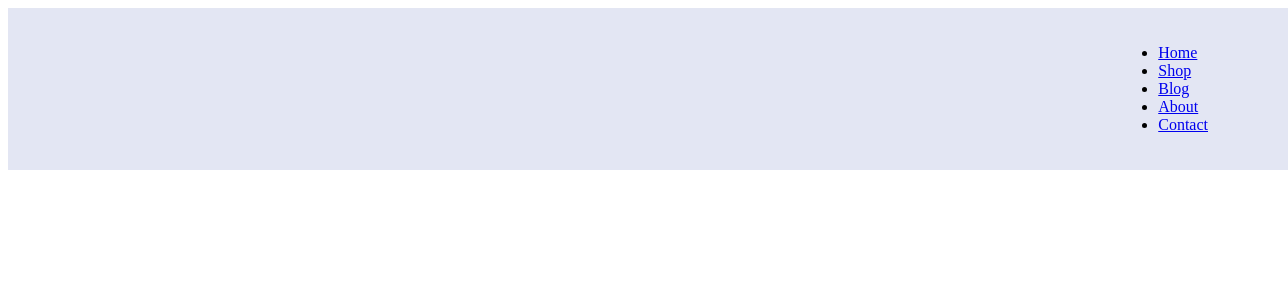
Repository: thecoachanna/lishas-layers
Page: index.html
The author's editor kept a copy of each file at every save. The page is drawn from the files as they stood at one save, then again after a run of saves.
The browser window is 1280 px wide. The page is 1288 px wide, so the pictures cover 1288 px, including what lies to the right of the window. The pictures show the whole page.

Above is the page before, as saved 2023-01-02 17:07:01.

### index.html
<!DOCTYPE html>
<html lang="en">
<head>
    <meta charset="UTF-8">
    <meta http-equiv="X-UA-Compatible" content="IE=edge">
    <meta name="viewport" content="width=device-width, initial-scale=1.0">
    <link rel="stylesheet" href="style.css">
    <title>Lisha's Layers</title>
</head>
<body>
    <section id="header">
        <a href="#"><img src="" class="logo" alt=""></a>
    <div>
        <ul id="navbar">
           <li><a href="index.html">Home</a></li>
           <li><a href="shop.html">Shop</a></li>
           <li><a href="blog.html">Blog</a></li>
           <li><a href="about.html">About</a></li>
           <li><a href="contact.html">Contact</a></li>
        </ul>
    </div>
    </section>
    <script src="script.js"></script>
</body>
</html>

### style.css
@import url('https://fonts.googleapis.com/css2?family=Lato:wght@100&family=Oswald:wght@700&family=Outfit&family=Poiret+One&display=swap')

* {
    margin: 0;
    padding: 0;
    box-sizing: border-box;
    font-family: 'Spartan', sans-serif;
}

h1 {
    font-size: 50px;
    line-height: 64px;
    color: #222;
}

h2 {
    font-size: 46px;
    line-height: 54px;
    color: #222;
}

h4 {
    font-size: 20px;
    color: #222;
}

h6 {
    font-weight: 700px;
    font-size: 12px;
}

p {
    font-size: 16px;
    color: #465b52;
    margin: 15px 0 20px 0;
}

.section-p1 {
    padding: 40px 80px;
}

.section-m1 {
    margin: 40px 0;
}

body {
    width: 100%
}

#header {
    display: flex;
    align-items: center;
    justify-content: space-between;
    padding: 20px 80px;
    background: #e3e6f3;


}

Loaded but not shown: script.js (no stored copy; drawn as an empty file)

After the next 4 saves:
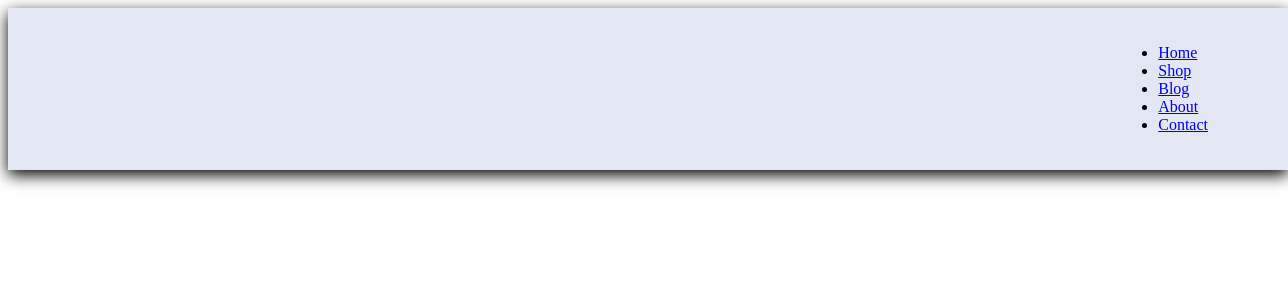
The 4 saves are shown as one change because they came seconds apart.
The last was saved 39 s later.
--- a/style.css
+++ b/style.css
@@ -53,6 +53,6 @@
     justify-content: space-between;
     padding: 20px 80px;
     background: #e3e6f3;
-
+    box-shadow: 0 5px 15px;
 
 }

After the save that followed:
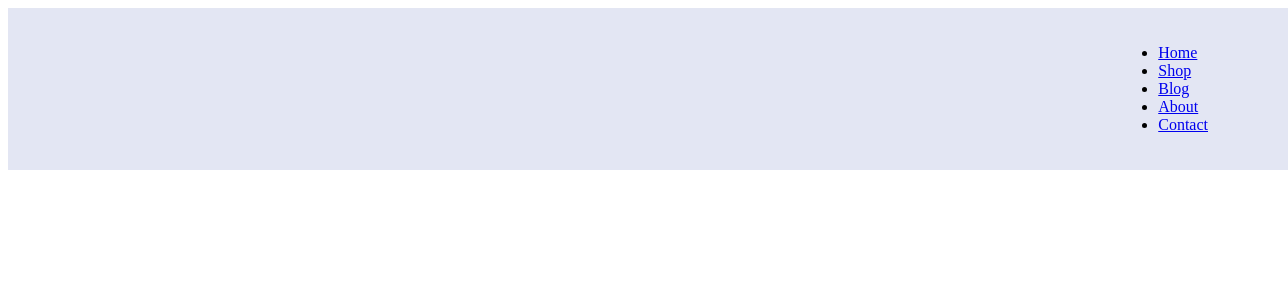
Saved 4 s later.
--- a/style.css
+++ b/style.css
@@ -53,6 +53,6 @@
     justify-content: space-between;
     padding: 20px 80px;
     background: #e3e6f3;
-    box-shadow: 0 5px 15px;
+    box-shadow: 0 5px 15px rgba();
 
 }
